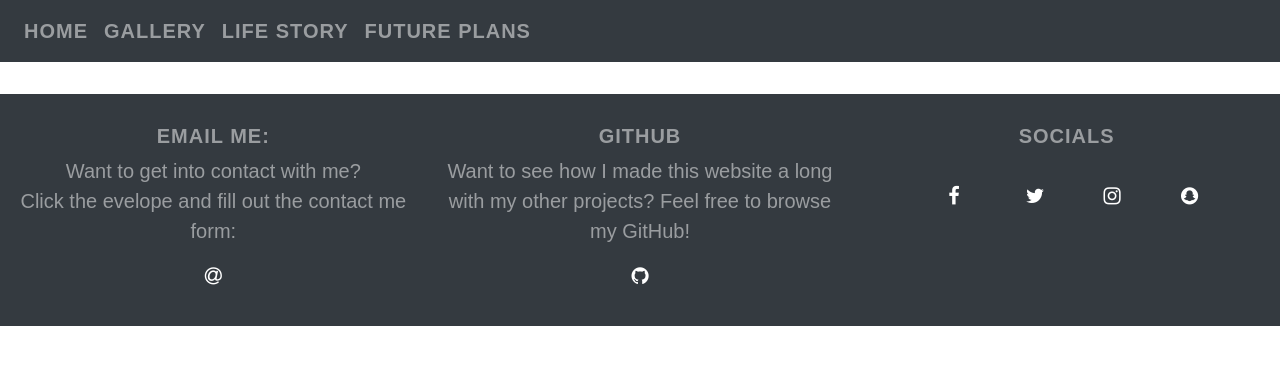
Repository: Code-Institute-Submissions/user-centric-frontend-dev-milestone-project
Page: gallery.html
The author's editor kept a record of every edit. The page is drawn from the files as they stood at one moment, then again after the next edit.
The browser window is 1280 px wide. The pictures show the whole page.
Some web fonts or font styles are not loaded; a fallback is used.

Above is the page before.

After the next edit:
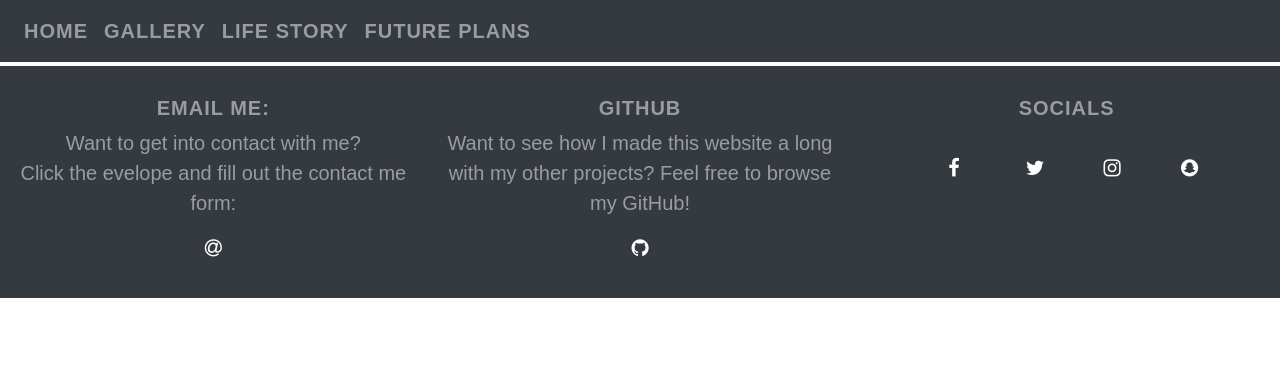
The edit:
--- a/gallery.html
+++ b/gallery.html
@@ -43,15 +43,8 @@
             <div class="container-fluid">
                 <div class="row">
                     <div class="col-12">
-                        <h1 class="family-heading">My Family Tree</h1>
+                        <h1 class="gallery-heading">Gallery</h1>
                     </div>
-                    <div class="col">
-                        <p class="dad">
-
-                        </p>
-                    </div>
-                </div>
-            </div>
         </section>
 
         <!--------------------------------------FOOTER----------------------------------->
